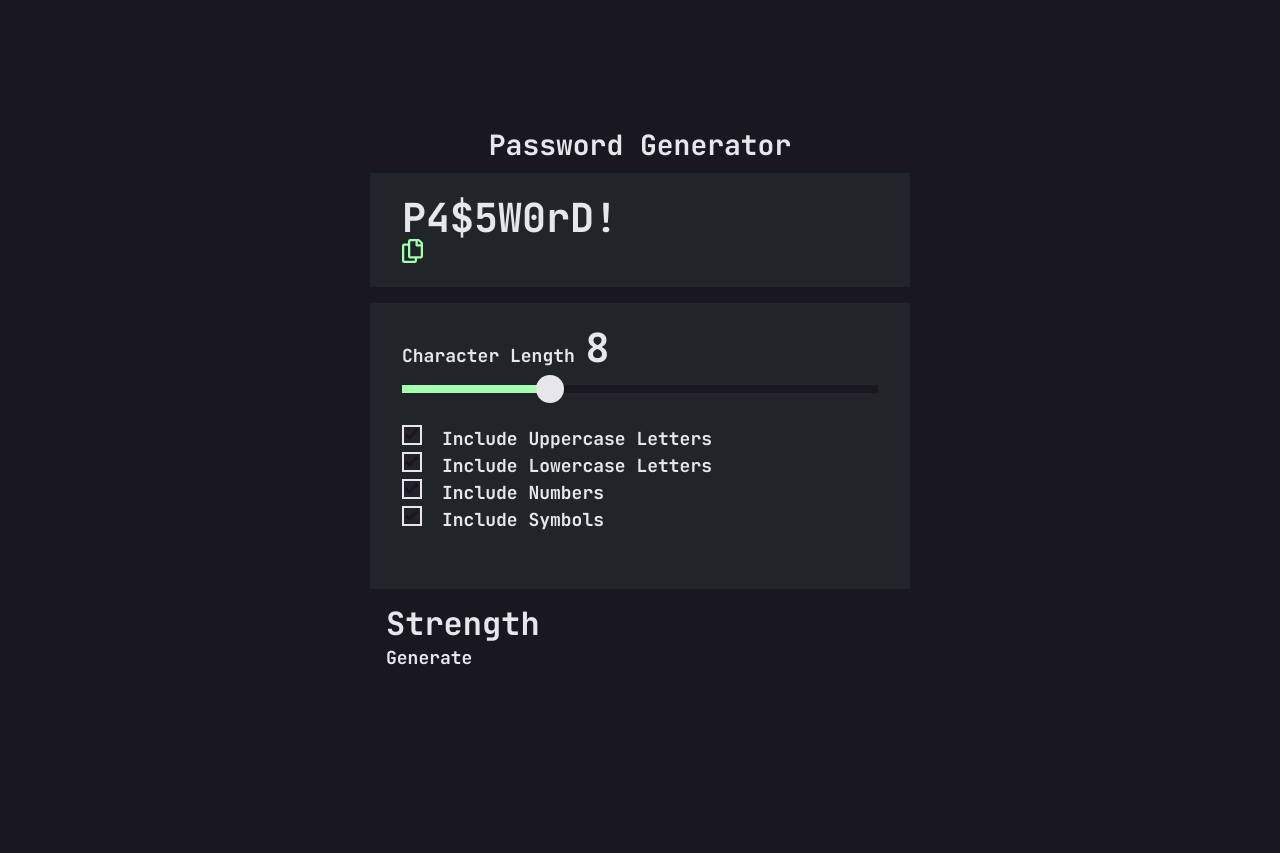
Repository: blordeus/password-generator-app
Page: starter-code/index.html
These files come from the project's save history. The page is drawn as it stood at one moment and after the next save; the edit follows.
The browser window is 1280 px wide. The pictures show the whole page.

Above is the page before, as saved 2023-10-05 20:15:35.
Console error: TypeError: Cannot read properties of null (reading 'classList')

After the next save:
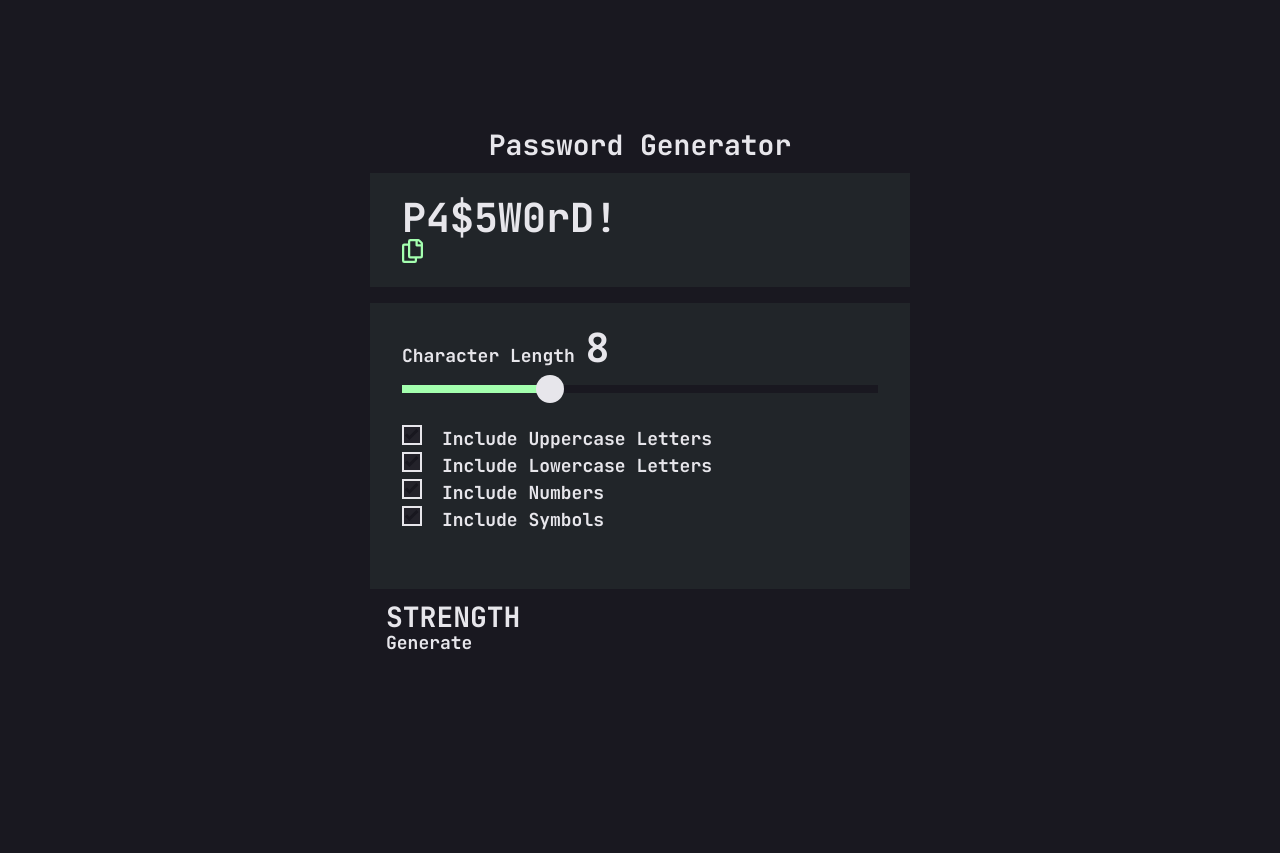
Saved 8 s later.
--- a/starter-code/index.html
+++ b/starter-code/index.html
@@ -53,7 +53,7 @@
 
     </div>
     <div class="strength flex">
-      <h2 class="">Strength</h2>
+      <h2 class="fs-3 text-grey uppercase">Strength</h2>
       Generate
     </div>
 </main>
